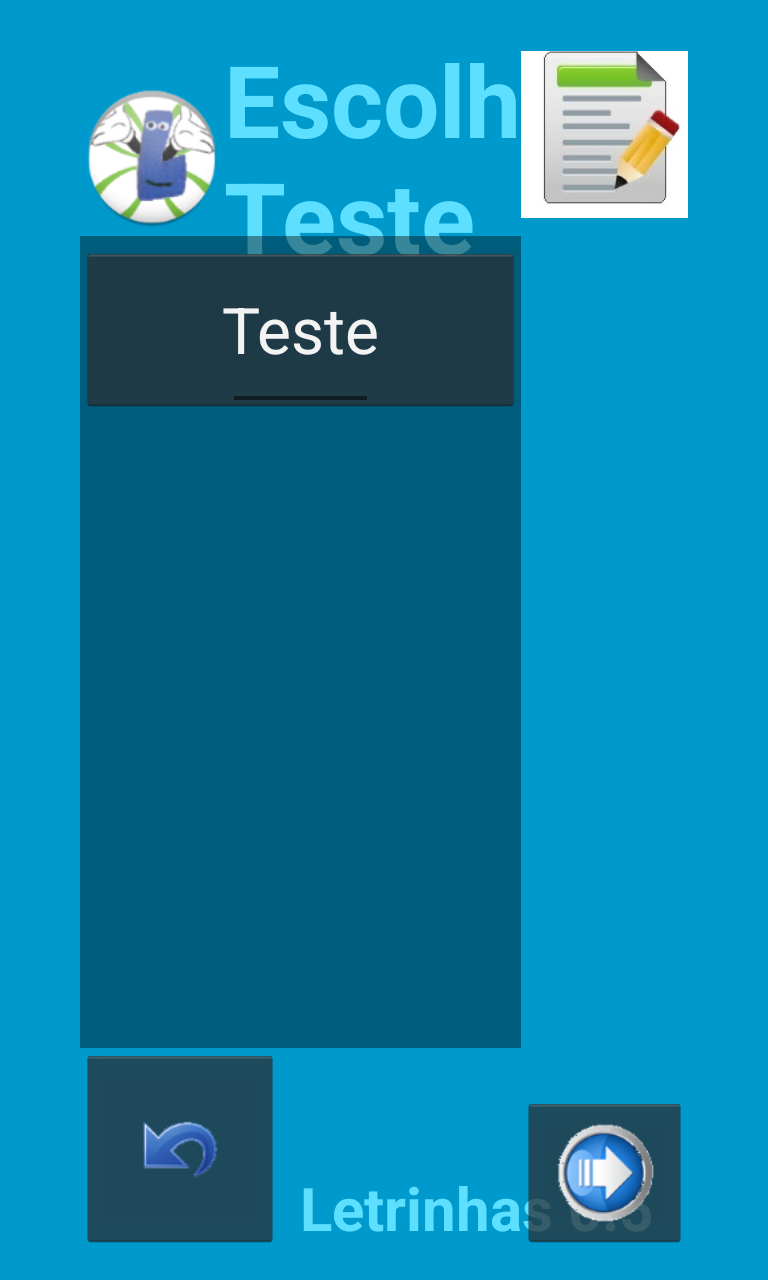
Repository: iptomar/letrinhas_documentacao
Layout: Letrinhas/APP/Prototipos/Letrinhas05/res/layout/escolhe_teste.xml
These files come from the project's save history. The layout is drawn as it stood at one moment and after the next save; the edit follows.
It is drawn on a 768 x 1280 px phone screen (xhdpi) without system bars, with theme FullscreenTheme; the app's code is not run.

Above is the layout before, as saved 2014-05-18 22:35:31.

After the next save:
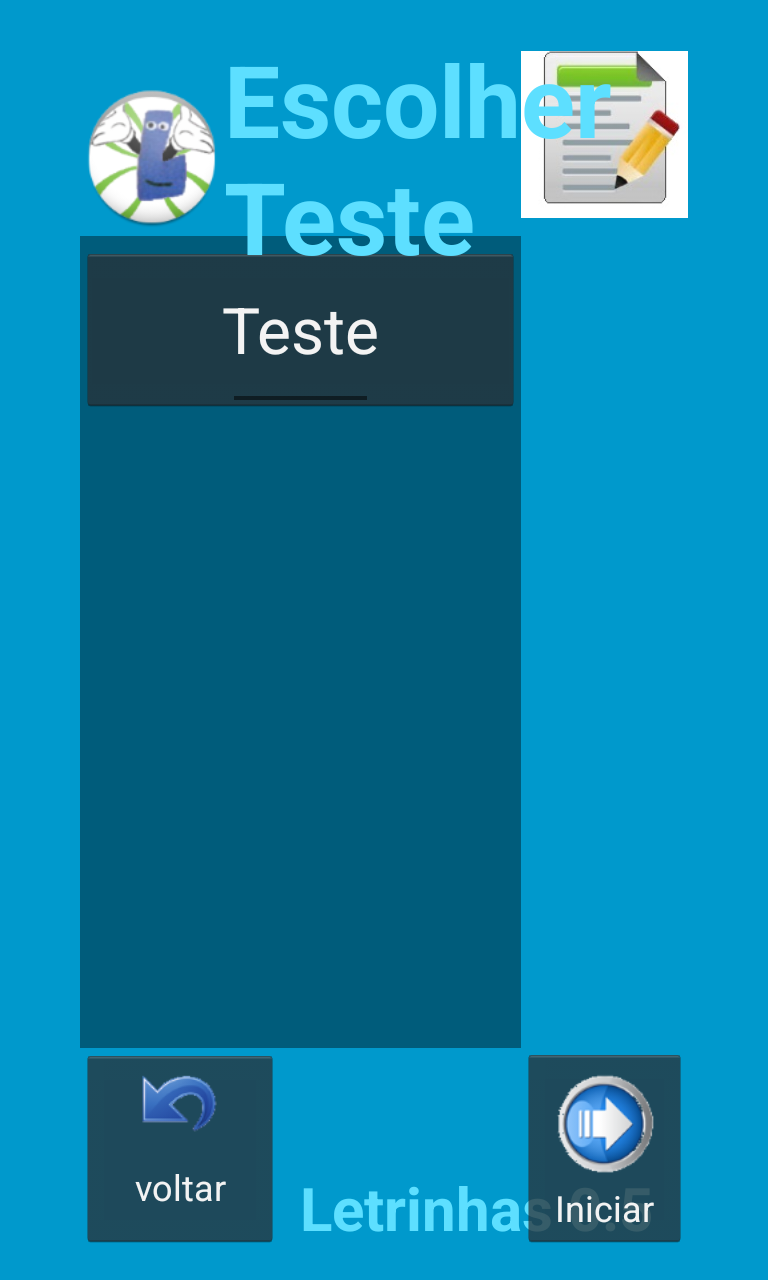
Saved 6 min 26 s later.
--- a/Letrinhas/APP/Prototipos/Letrinhas05/res/layout/escolhe_teste.xml
+++ b/Letrinhas/APP/Prototipos/Letrinhas05/res/layout/escolhe_teste.xml
@@ -12,16 +12,6 @@
     android:paddingTop="@dimen/activity_vertical_margin"
     android:screenOrientation="landscape"
     tools:context="com.letrinhas05.EscolheTeste$PlaceholderFragment" >
-
-    <TextView
-        android:id="@+id/esTCabecalho"
-        android:layout_width="wrap_content"
-        android:layout_height="wrap_content"
-        android:drawableLeft="@drawable/logo2"
-        android:text="@string/title_activity_escolhe_teste"
-        android:textColor="#5ddfff"
-        android:textSize="50sp"
-        android:textStyle="bold" />
 
     <TextView
         android:id="@+id/escTRodape"
@@ -74,7 +64,30 @@
         android:contentDescription="@string/teste"
         android:src="@drawable/index" />
 
-    <ImageButton
+    <TextView
+        android:id="@+id/esTCabecalho"
+        android:layout_width="wrap_content"
+        android:layout_height="wrap_content"
+        android:layout_alignParentLeft="true"
+        android:layout_alignParentTop="true"
+        android:drawableLeft="@drawable/logo2"
+        android:text="@string/title_activity_escolhe_teste"
+        android:textColor="#5ddfff"
+        android:textSize="50sp"
+        android:textStyle="bold" />
+
+    <Button
+        android:id="@+id/escTVoltar"
+        android:layout_width="100sp"
+        android:layout_height="100sp"
+        android:layout_alignParentBottom="true"
+        android:layout_alignParentLeft="true"
+        android:contentDescription="@string/voltar"
+        android:drawableTop="@drawable/voltar"
+        android:onClick="voltar"
+        android:text="@string/voltar" />
+
+    <Button
         android:id="@+id/ibComecar"
         android:layout_width="wrap_content"
         android:layout_height="wrap_content"
@@ -82,17 +95,8 @@
         android:layout_alignParentRight="true"
         android:clickable="true"
         android:contentDescription="@string/start"
+        android:drawableTop="@drawable/right"
         android:onClick="executarTestes"
-        android:src="@drawable/right" />
-
-    <ImageButton
-        android:id="@+id/escTVoltar"
-        android:layout_width="100sp"
-        android:layout_height="100sp"
-        android:layout_alignParentBottom="true"
-        android:layout_alignParentLeft="true"
-        android:contentDescription="@string/voltar"
-        android:onClick="voltar"
-        android:src="@drawable/voltar" />
+        android:text="@string/iniciar" />
 
 </RelativeLayout>
